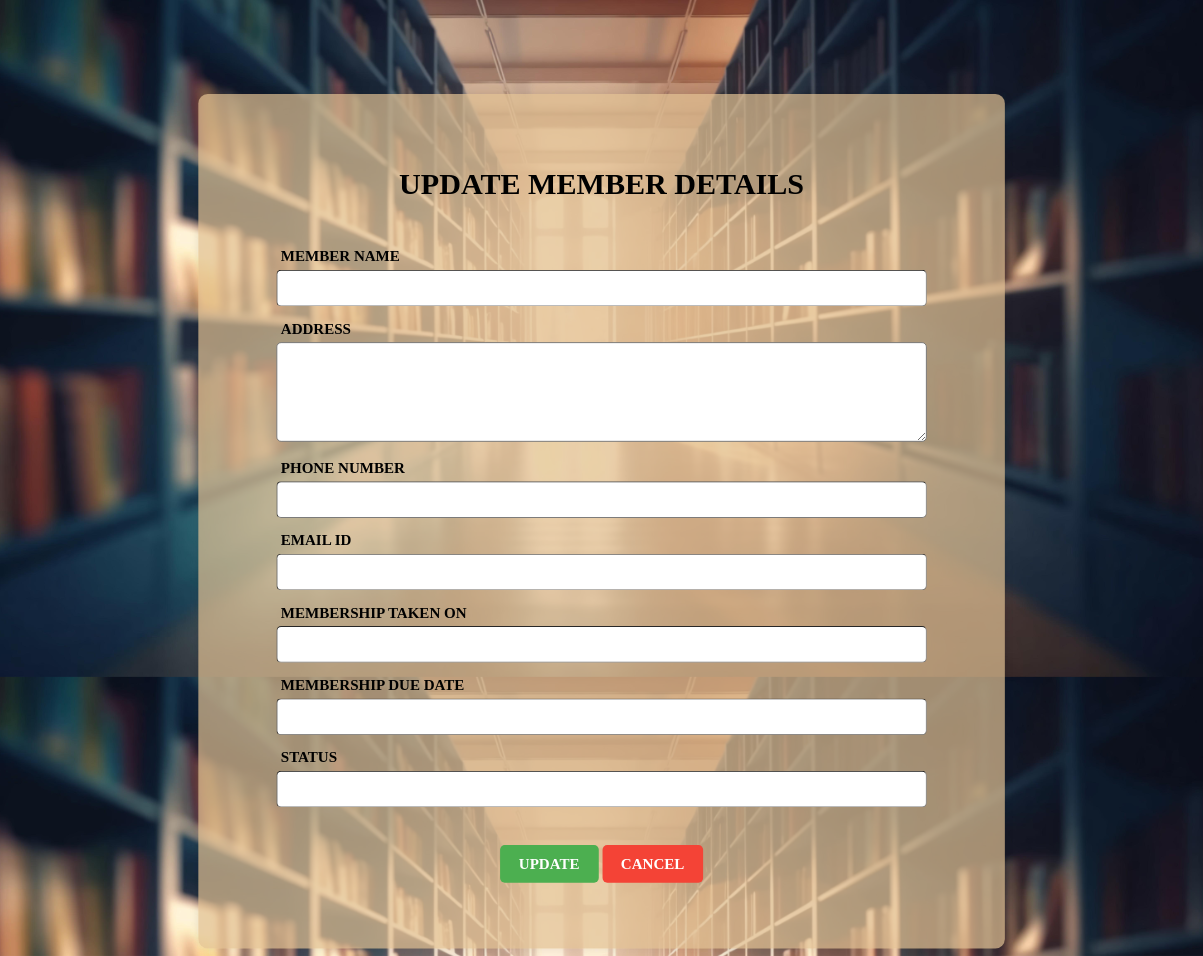
Repository: devikrishna908/RURAL-LIBRARY-MANAGEMENT
Page: http://localhost/library-management/WEB-INF/jsp/edit-member.jsp
These files come from the project's save history. The page is drawn as it stood at one moment and after the next save; the edit follows.
The browser window is 1280 px wide. The pictures show the whole page, at 94% of full size.
Backgrounds fixed to the window are drawn as part of the page. The page is served by Tomcat 9. Nobody is signed in. Other server files are loaded and not shown. The template is opened directly, without the code that normally fills it, so the values that code supplies are empty.

Above is the page before, as saved 2024-05-26 05:34:38.

### library-management/src/main/webapp/WEB-INF/jsp/edit-member.jsp
<%@ page language="java" contentType="text/html; charset=ISO-8859-1"
    pageEncoding="ISO-8859-1"%>
<!DOCTYPE html>
<html>
<head>
<meta charset="ISO-8859-1">
<title>Add Book</title>
<link rel="stylesheet" href="css/member-style.css">
<script src="js/add-member.js" type="text/javascript"></script>

</head>
<body>
	<div class="container">
		<h2>UPDATE MEMBER DETAILS</h2>
		<div class="form-container">
            <form name="create" method="post" action="/update-member/${member.reg_no}" onsubmit="return validateForm()">

	    	    <label for="name">MEMBER NAME</label>
    	    	<input type="text" id="name" name="name" value="${member.name}"><br>

		        <label for="address">ADDRESS</label>
				<textarea name="address" id="address" value="${member.address}"></textarea>

		        <label for="phone">PHONE NUMBER</label>
    		    <input type="text" id="phone" name="phone" value="${member.address}"><br>

		        <label for="email">EMAIL ID</label>
    		    <input type="text" id="email" name="email" value=""><br>

		        <label for="reg-date">MEMBERSHIP TAKEN ON</label>
    		    <input type="text" id="reg-date" name="reg-date" value=""><br>

		        <label for="due-date">MEMBERSHIP DUE DATE</label>
    		    <input type="text" id="due-date" name="due-date" value=""><br>

		        <label for="status">STATUS</label>
    		    <input type="text" id="status" name="status" value=""><br>

				<div class="input-button">
					<input type="submit" value="UPDATE" class="insert">
					<input type="button" value="CANCEL" class="cancel" onclick="cancelAction()"> <br>
				</div>
			</form>
		</div>

	</div>

</body>
</html>

### library-management/src/main/resources/static/css/member-style.css
body {
    background-image: url('../images/bg.jpg');
    background-size: cover;
    background-repeat: no-repeat;
    background-attachment: fixed;
}

h2 {
	text-align: center;
	margin-bottom: 50px;
	color:black;
	font-size: 32px;
}

.form-container {
	text-align: center;
}

.container {
	width: 60%; /* Adjust the width of the container as needed */
	margin: 0 auto; /* Center the container horizontally */
	margin-top: 100px;
	background-color: rgb(225, 192, 147,0.7);
	/* Set the background color of the container */
	padding: 50px; /* Add some padding to the container */
	border-radius: 10px; /* Add rounded corners to the container */
	box-shadow: 0 0 10px rgba(0, 0, 0, 0.1);
	/* Add a shadow effect to the container */
}


.form-container label {
	display: block;
	text-align: left;
	font-family: serif;
	font-size: 12pt;
	font-weight:bold;
	margin-top:5px;
	margin-bottom: 5px;
	margin-left: 5%; /* Add some space between labels and input boxes */
}

.form-container input[type="text"] {
	border-radius: 5px;
	border-width: .5px;
	font-family:serif;
	font-size:12pt;
	padding-left:5px;
	width: 90%; /* Set the width of input boxes */
	margin-bottom: 10px; /* Add some space between input boxes */
	height: 35px;
}

.form-container textarea {
	width: 90%; /* Set the width of input boxes */
	margin-bottom: 10px; /* Add some space between input boxes */
	padding-left:5px;
	font-family:serif;
	font-size:12pt;
	border-width: .5px;
	border-radius: 5px;
}

.form-container textarea {
	height: 100px; /* Set the height of the textarea */
}

.input-button {
	text-align: center;
	margin-top: 30px; /* Space above the buttons */
	margin-bottom: 20px;
}

.input-button input[type="submit"], .input-button input[type="button"] , .renew {
	height: 40px;
	padding: 8px 20px;
	font-size: 12pt;
	border: none;
	font-family: 'Times New Roman', Times, serif;
	font-weight: bold;
	cursor: pointer;
	border-radius: 5px;
}

.input-button input[type="submit"].insert {
	background-color: #4CAF50;
	/* Green background for the "CREATE" button */
	color: white;
}

.input-button input[type="button"].cancel {
	background-color: #f44336; /* Red background for the "CANCEL" button */
	color: white;
}

.renew {
	background-color: rgb(187, 74, 36);
	color: white;
	margin-top: 10px;
}

### library-management/src/main/resources/static/js/add-member.js

    function validateForm() {
        var name = document.getElementById("name").value;
        var address = document.getElementById("address").value;
        var phone = document.getElementById("phone").value;
        var email = document.getElementById("email").value;

        // Check if all fields are filled and not just spaces
        if (name.trim() === "" || address.trim() === "" || phone === "nil" || email === "nil") {
            alert("Please fill out all fields.");
            return false;
        }

		if (!/^\d{10}$/.test(phone)) {
			alert("Please enter a valid 10-digit contact number.");
			return false;
		}

		if (!/^[\w-]+(\.[\w-]+)*@([\w-]+\.)+[a-zA-Z]{2,7}$/.test(email)) {
			alert("Please enter a valid email address.");
			return false;
		}
        return true;

    }


    function cancelAction() {
	    window.history.back();
	//		window.location.href = '/home';
    }

     function renewAction() {

        const currentDate = new Date();
        const newDueDate = new Date(currentDate);
        newDueDate.setDate(currentDate.getDate() + 90);

        const formattedDueDate = newDueDate.toISOString().split('T')[0];

        document.getElementById('membership_due_on').value = formattedDueDate;
        document.getElementById('status').value = 'ACTIVE';
    }

After the next save:
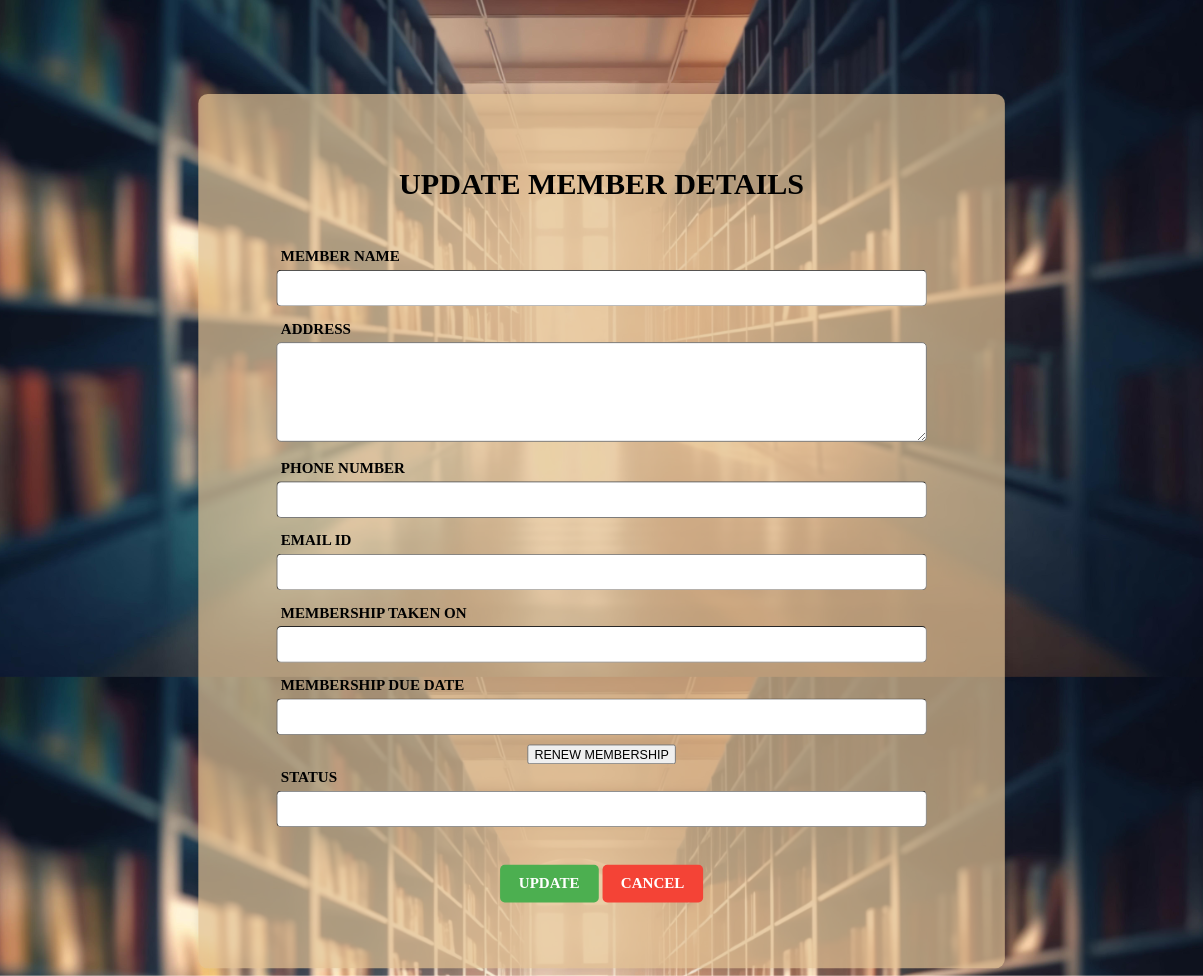
Saved 92 s later.
--- a/library-management/src/main/webapp/WEB-INF/jsp/edit-member.jsp
+++ b/library-management/src/main/webapp/WEB-INF/jsp/edit-member.jsp
@@ -31,7 +31,8 @@
     		    <input type="text" id="reg-date" name="reg-date" value=""><br>
 
 		        <label for="due-date">MEMBERSHIP DUE DATE</label>
-    		    <input type="text" id="due-date" name="due-date" value=""><br>
+    		    <input type="text" id="due-date" name="due-date" value="">
+    		    <input type="button" value="RENEW MEMBERSHIP" class="insert" onclick="renewAction()"><br>
 
 		        <label for="status">STATUS</label>
     		    <input type="text" id="status" name="status" value=""><br>
